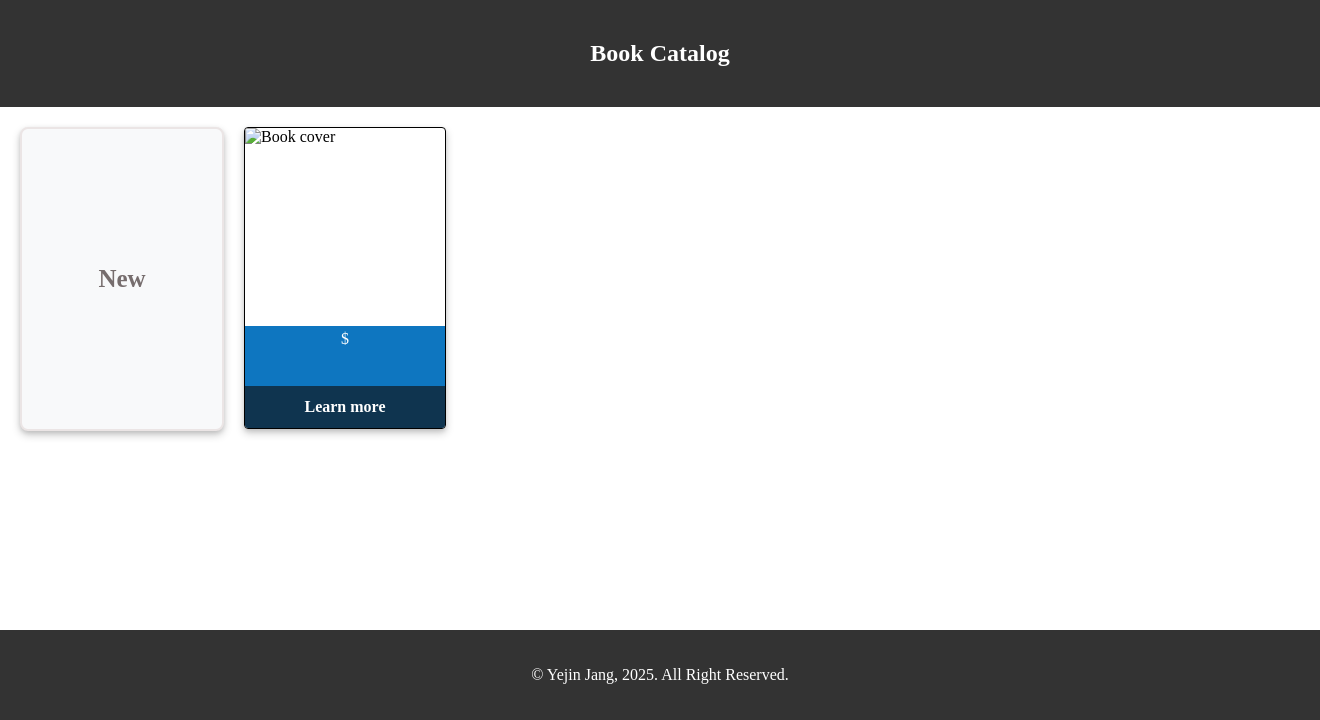
Repository: Yejin-Digital/Lab3-Assignment-BookCatalog
Page: /
These files come from the project's save history. The page is drawn as it stood at one moment and after the next save; the edit follows.
The browser window is 1280 px wide. The page is 1320 px wide, so the pictures cover 1320 px, including what lies to the right of the window. The pictures show the whole page.
The pointer rests on the first visible `a`.
The project was rebuilt for these pictures with package versions that can differ from the ones it lists, and the page was loaded fresh each time. Also part of the build but not shown: vite.config.js.

Above is the page before, as saved 2025-09-19 13:08:35.

### index.html
<!DOCTYPE html>
<html lang="en">
  <head>
    <meta charset="UTF-8" />
    <link rel="icon" type="image/svg+xml" href="/vite.svg" />
    <meta name="viewport" content="width=device-width, initial-scale=1.0" />
    <title>Book Catalog Assignment</title>
  </head>
  <body>
    <div id="root"></div>
    <script type="module" src="/src/main.jsx"></script>
  </body>
</html>

### src/index.css
html {
  font-family: 'Times New Roman', Times, serif;
}

body {
  margin: 0;
  min-height: 100vh;
  display: flex;
  flex-direction: column;
  align-items: center;
}

.app {
  display: flex;
  flex-direction: column;
  width: 100%;
  margin: 0 auto;
  min-height: 100%;
}

#root {
  width: 100%;
}

.content {
  display: flex;
  flex-direction: row;
  margin: 20px;
  gap: 20px;
}

.header-content {
  background-color: #333;
  color: white;
  text-align: center;
  padding: 20px;
  width: 100%;
}

.footer-content {
  position: fixed;
  left: 0;
  bottom: 0;
  background-color: #333;
  color: white;
  text-align: center;
  padding: 20px;
  width: 100%;
}

### src/App.jsx
import Header from './components/Header';
import Footer from './components/Footer';
import NewBook from './components/NewBook';
import BookListCard from './components/BookListCard';

function App() {
  return (
    <div className="app">
      <section>
        <Header />
        <div className="content">
          <NewBook />
          <BookListCard />
        </div>
      </section>
      <Footer />
    </div>
  );
}

export default App;

### src/components/Header.jsx
function AppHeader() {
  return (
    <header className="header-content">
      <h1>Book Catalog</h1>
    </header>
  );
}

export default AppHeader;

### src/components/Footer.jsx
export default function Footer() {
  return (
    <footer class="footer-content">
      <p>&copy; Yejin Jang, 2025. All Right Reserved.</p>
    </footer>
  );
}

### src/components/NewBook.jsx
import './NewBook.css';

function NewBook() {
  return (
    <div className="newButton">
      <button>New</button>
    </div>
  );
}

export default NewBook;

### src/components/BookListCard.jsx
import './BookListCard.css';

function BookListCard(props) {
  return (
    <div className="bookCard">
      <div className="bookImage">
        <img src={props.image} alt="Book cover" />
      </div>
      <div className="bookInfo">
        <div className="bookAuthorContainer">
          <p className="bookPrice">${props.price}</p>
        </div>
        <a href={props.link}>Learn more</a>
      </div>
    </div>
  );
}

export default BookListCard;

### src/components/NewBook.css
.newButton {
  width: 200px;
  height: 300px;
  border: 2px solid #ebe5e5;
  border-radius: 8px;
  background-color: #f8f9fa;
  display: flex;
  align-items: center;
  justify-content: center;
  box-shadow: 0 4px 8px rgba(0, 0, 0, 0.2), 0 2px 4px rgba(0, 0, 0, 0.1);
  transition: all 0.3s ease;
  cursor: pointer;
}

.newButton:hover {
  background-color: #e9ecef;
}

button {
  font-family: 'Times New Roman', Times, serif;
  background: none;
  border: none;
  color: #766d6d;
  font-size: 25px;
  font-weight: bold;
  cursor: pointer;
  padding: 0;
}

### src/components/BookListCard.css
.bookCard {
  flex-direction: column;
  border: solid 1px black;
  width: 200px;
  height: 300px;
  display: flex;
  justify-content: space-between;
  border-radius: 4px;
  box-shadow: 0 4px 8px rgba(0, 0, 0, 0.2), 0 2px 4px rgba(0, 0, 0, 0.1);
  overflow: hidden;
  position: relative;
}

.bookImage {
  padding: 0;
  overflow: hidden;
  flex-shrink: 0;
}
.bookCard img {
  width: 100%;
  height: auto;
  max-height: 200px;
  object-fit: cover;
  margin-bottom: 0;
  display: block;
}

.bookInfo {
  display: flex;
  flex-direction: column;
  margin-top: auto;
}

.bookPrice {
  font-size: 16px;
  font-weight: 500;
  color: white;
  text-align: center;
  margin: 0;
}

a {
  width: 100%;
  font-size: 16px;
  font-weight: bold;
  color: white;
  background-color: rgb(15, 52, 79);
  text-align: center;
  margin: 0;
  padding: 12px 0;
  text-decoration: none;
  display: block;
}

a:hover {
  background-color: white (20, 65, 95);
}

.bookAuthorContainer {
  height: 56px;
  width: 100%;
  background-color: rgb(14, 118, 192);
  padding-top: 4px;
}

Loaded but not shown: src/main.jsx (common file)

After the next save:
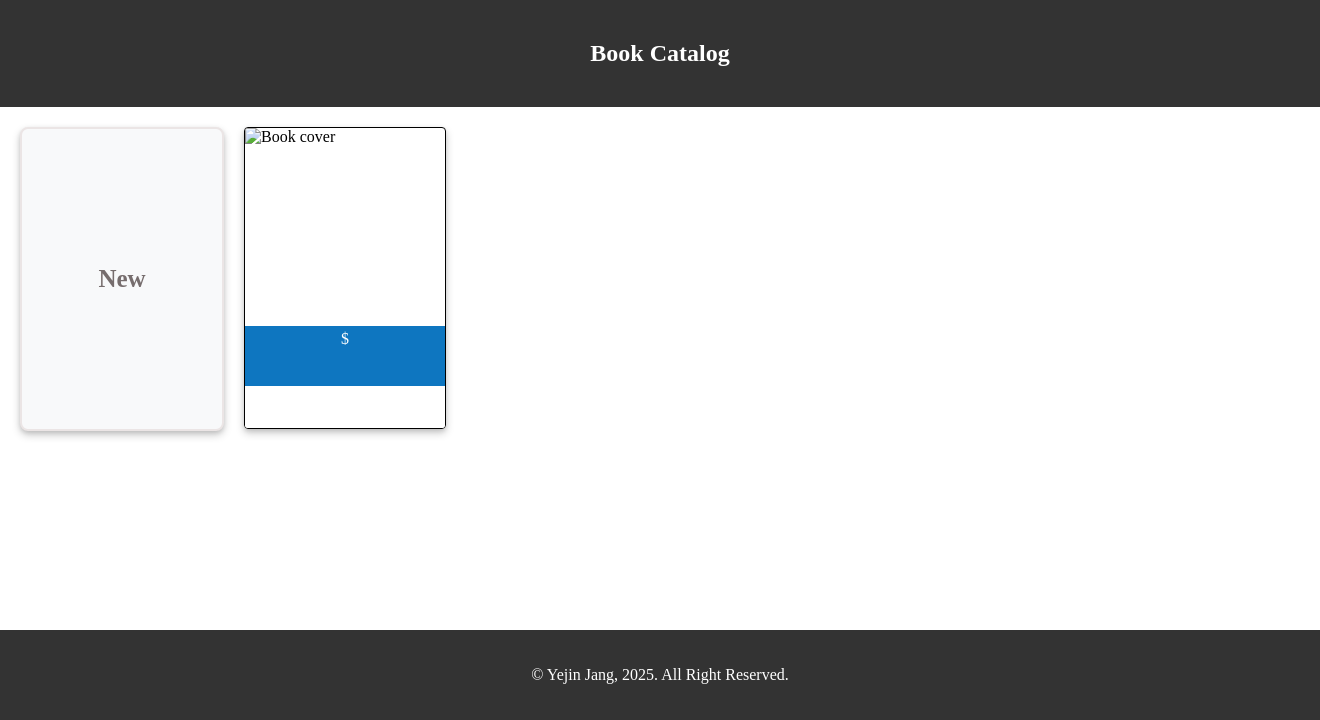
Saved 5 s later.
--- a/src/components/BookListCard.css
+++ b/src/components/BookListCard.css
@@ -53,7 +53,7 @@ a {
 }
 
 a:hover {
-  background-color: white (20, 65, 95);
+  background-color: white;
 }
 
 .bookAuthorContainer {
